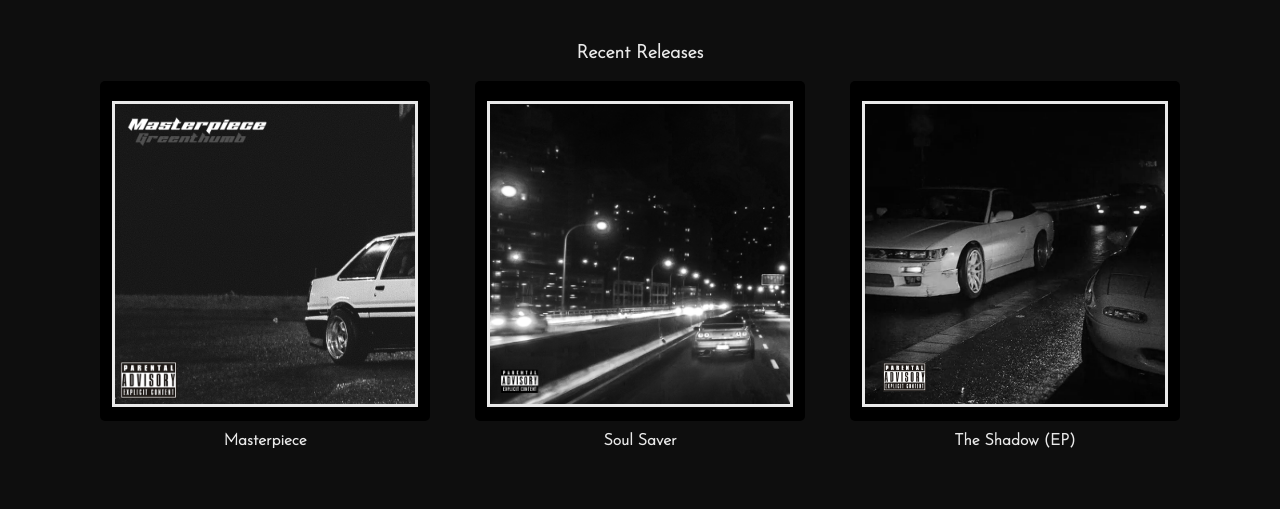
Repository: shayanabedi98/Greenthumb
Page: index.html
These files come from the project's save history. The page is drawn as it stood at one moment and after the next save; the edit follows.
The browser window is 1280 px wide. The pictures show the part of the page from y = 734 to 1243 px (the page is 1243 px tall).

Above is the page before, as saved 2023-08-15 13:36:04.

After the next save:
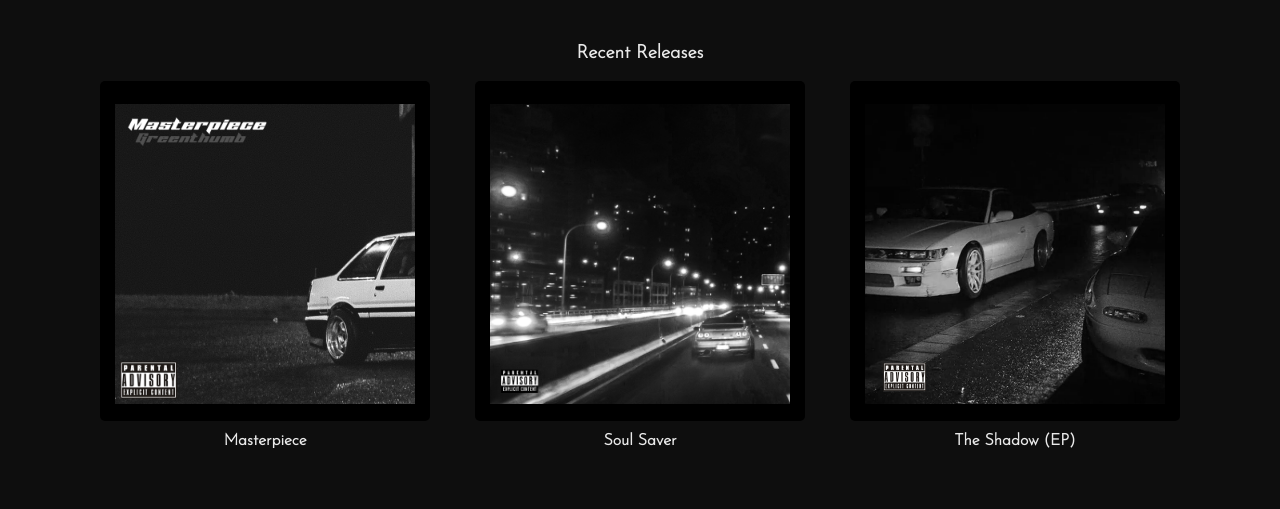
Saved 4 s later.
--- a/styles.css
+++ b/styles.css
@@ -64,7 +64,7 @@
     height: 300px;
     width: 300px;
     box-shadow: 0 0 3px 0 black;
-    border: 3px solid;
+    border: 3px solid black;
 }
 
 .card img:hover {
